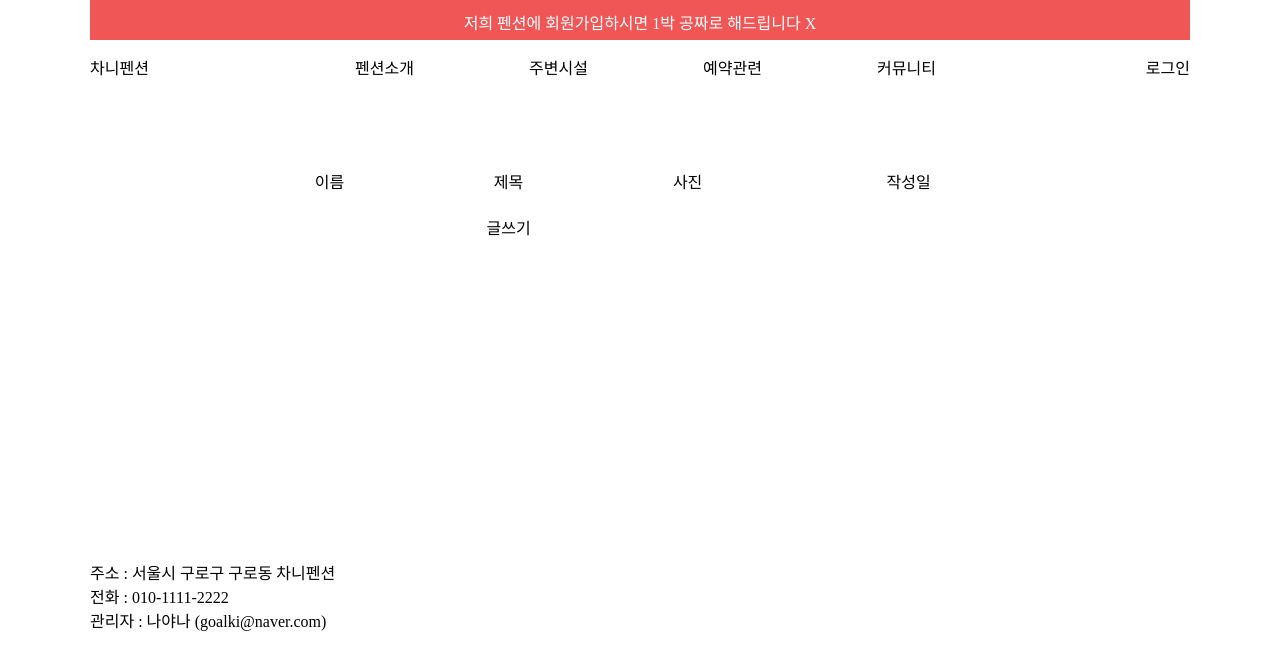
Repository: goalki/pension
Page: http://localhost/pension/tour/list.jsp
These files come from the project's save history. The page is drawn as it stood at one moment and after the next save; the edit follows.
The browser window is 1280 px wide. The pictures show the whole page.
The page is served by Tomcat 9. Queries for data that is not in the repository find no rows.

Above is the page before, as saved 2021-01-21 05:34:57.

After the next save:
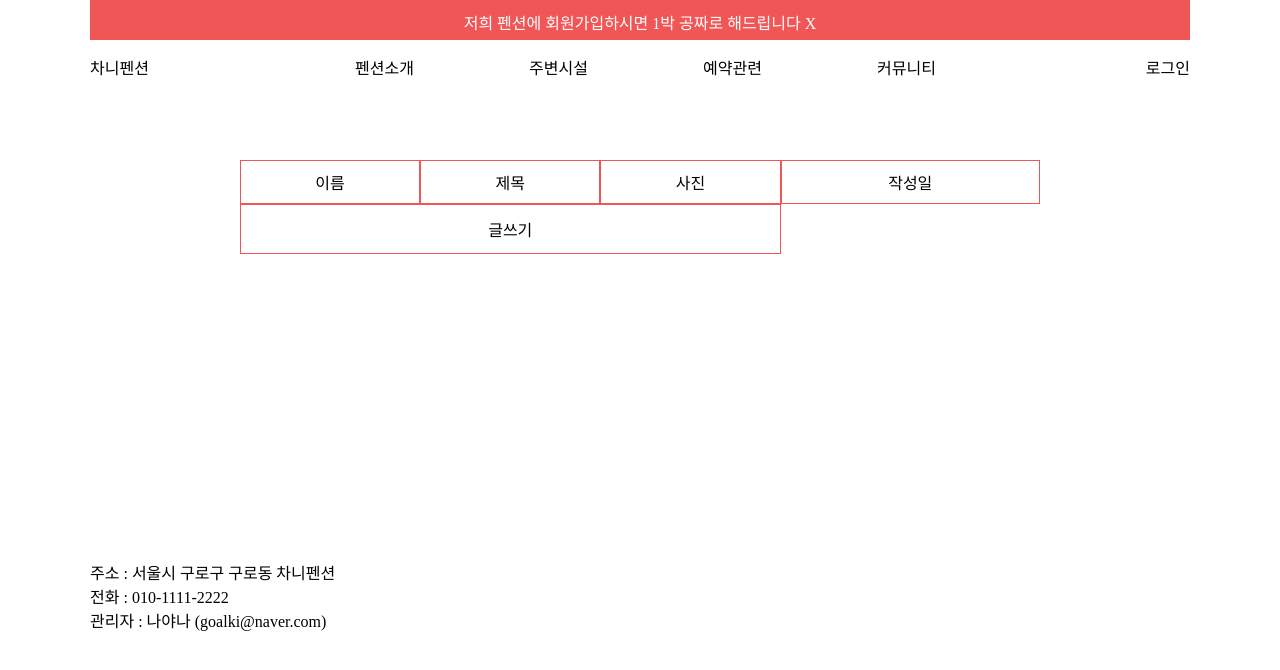
Saved 12 s later.
--- a/pension/WebContent/tour/list.jsp
+++ b/pension/WebContent/tour/list.jsp
@@ -26,7 +26,7 @@
   }
   #section td {
     height:40px;
-
+    border:1px solid #f15657;
   }
  </style>
  <div id="section">
